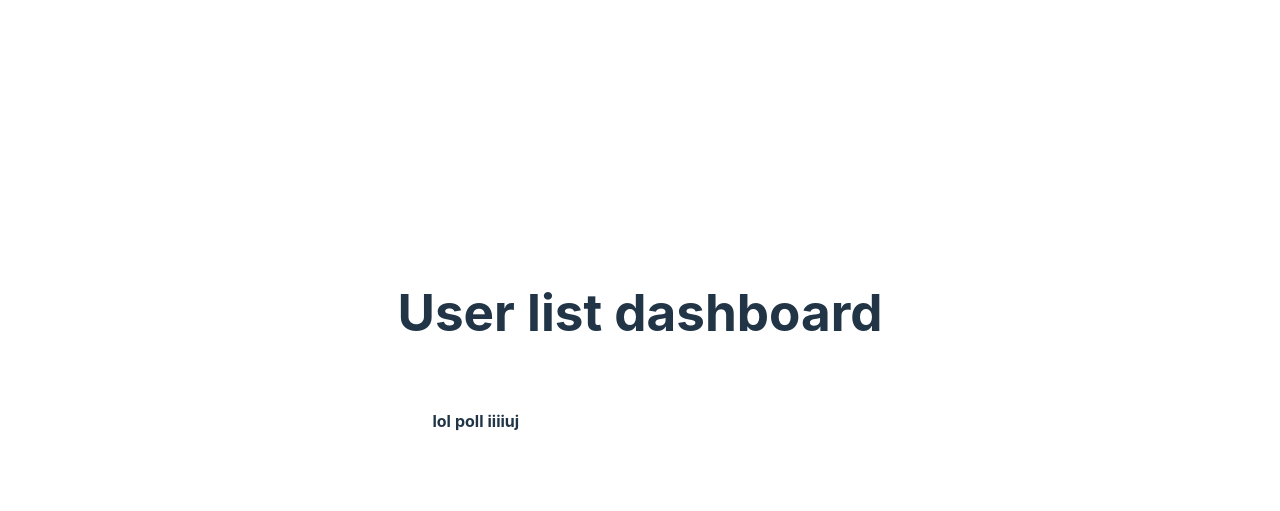
Repository: atzin-escandia/react-typescript-users-dashboard
Page: /
These files come from the project's save history. The page is drawn as it stood at one moment and after the next save; the edit follows.
The browser window is 1280 px wide. The pictures show the whole page.
The page's requests for data from a server got no answer. The project was rebuilt for these pictures with package versions that can differ from the ones it lists, and the page was loaded fresh each time. No one was signed in, and anything a server would have sent is missing. Also part of the build but not shown: vite.config.ts.

Above is the page before, as saved 2023-10-08 21:01:59.

### src/App.tsx
import { useEffect, useState } from "react";
import "./App.css";
import UsersList from "./components/UsersList";

const API_URL = "https://randomuser.me/api/?results=10";
function App() {
  const [users, setUsers] = useState([]);

  useEffect(() => {
    fetch(API_URL)
      .then((res) => res.json())
      .then((res) => setUsers(res.results));
  }, []);

  return (
    <>
      <h1>User list dashboard</h1>
      <section className="card">
        <UsersList users={users}></UsersList>
      </section>
    </>
  );
}

export default App;

### src/components/UsersList.tsx
const UsersList = () => {
  return (
    <div>
      <table>
        <tr>
          <th>lol</th>
          <th>poll</th>
          <th>iiiiuj</th>
        </tr>
        <tr>
          <tbody></tbody>
          <tbody></tbody>
          <tbody></tbody>
          <tbody></tbody>
          <tbody></tbody>
          <tbody></tbody>
        </tr>
      </table>
    </div>
  );
};

export default UsersList;

Loaded but not shown: index.html (common file); src/main.tsx (common file); src/index.css (common file); src/App.css (common file)

After the next save:
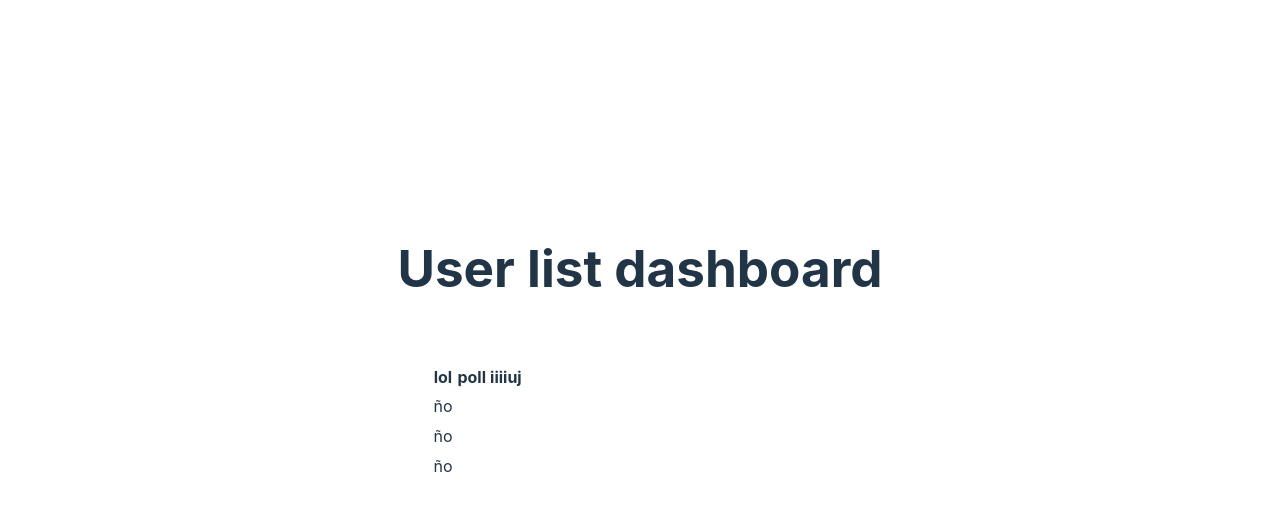
Saved 14 s later.
--- a/src/components/UsersList.tsx
+++ b/src/components/UsersList.tsx
@@ -8,12 +8,13 @@
           <th>iiiiuj</th>
         </tr>
         <tr>
-          <tbody></tbody>
-          <tbody></tbody>
-          <tbody></tbody>
-          <tbody></tbody>
-          <tbody></tbody>
-          <tbody></tbody>
+          <tbody>ño</tbody>
+        </tr>
+        <tr>
+          <tbody>ño</tbody>
+        </tr>
+        <tr>
+          <tbody>ño</tbody>
         </tr>
       </table>
     </div>
